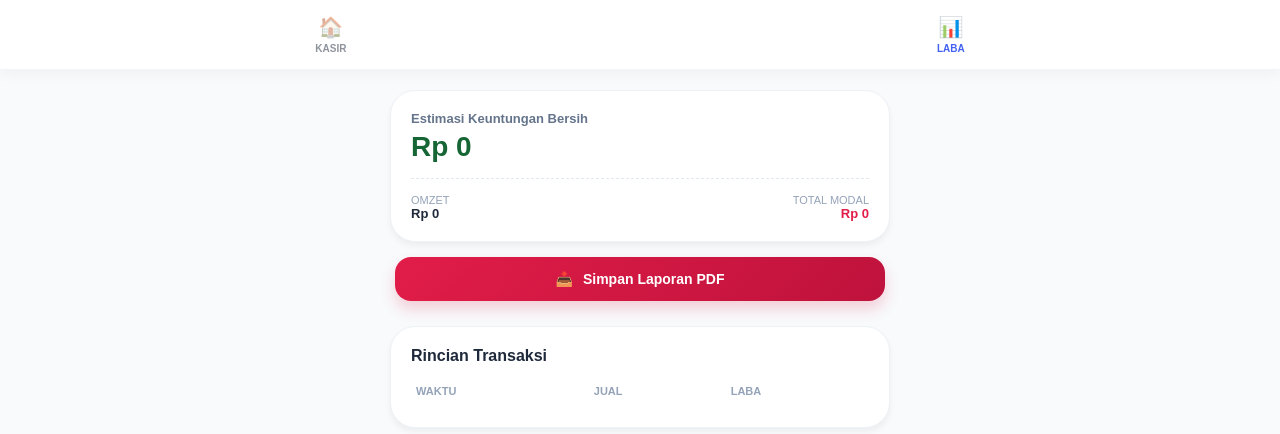
Repository: Tenno1208/bazar-app
Page: http://localhost/laporan-keuntungan
The author's editor kept a copy of each file at every save. The page is drawn from the files as they stood at one save, then again after the next save.
The browser window is 1280 px wide. The pictures show the whole page.
Some web fonts or font styles are not loaded; a fallback is used. The page is served by the project's Laravel application, run on PHP 8.4 with Laravel 12. Other server files are loaded and not shown. Queries for data that is not in the repository find no rows.

Above is the page before, as saved 2026-03-27 15:31:45.

### routes/web.php
<?php

use App\Http\Controllers\Api\TransaksiController;
use Illuminate\Support\Facades\Route;

Route::get('/', function () {
    return view('welcome');
});



Route::get('/transaksi', [TransaksiController::class,'index']);
Route::post('/transaksi', [TransaksiController::class,'store']);
Route::get('/laporan', [TransaksiController::class,'laporan']);

Route::get('/', [TransaksiController::class, 'index']);
Route::post('/tambah', [TransaksiController::class, 'store']);
Route::get('/stok', [TransaksiController::class, 'halamanStok']);
Route::post('/update-stok', [TransaksiController::class, 'updateStok']);
Route::get('/laporan-keuntungan', [TransaksiController::class, 'halamanLaporan']);
Route::get('/download-pdf', [TransaksiController::class, 'downloadPDF']);
Route::delete('/hapus/{id}', [TransaksiController::class, 'destroy']);

### app/Http/Controllers/Api/TransaksiController.php
<?php

namespace App\Http\Controllers\Api;

use App\Http\Controllers\Controller;
use App\Models\Transaksi;
use Barryvdh\DomPDF\Facade\Pdf;
use App\Models\Inventory;
use Illuminate\Http\Request;

class TransaksiController extends Controller
{
    public function index()
{
    $data = Transaksi::latest()->get();
    $total = Transaksi::sum('harga');
    $countQris = Transaksi::where('metode', 'qris')->count();
    $countCash = Transaksi::where('metode', 'cash')->count();


    $inventory = Inventory::firstOrCreate(['nama_produk' => 'Salad Buah']);
    $stok = $inventory->stok;

    return view('dashboard', compact('data', 'total', 'countQris', 'countCash', 'stok'));
}

    public function store(Request $request)
{
    $request->validate([
        'harga' => 'required|numeric',
        'modal' => 'required|numeric', // Tambahkan validasi modal
    ]);

    $inventory = Inventory::where('nama_produk', 'Salad Buah')->first();
    if ($inventory->stok <= 0) {
        return redirect('/')->with('error', 'Stok Habis!');
    }

    Transaksi::create([
        'produk' => $request->produk,
        'modal'  => $request->modal, // Ambil dari input modal
        'harga'  => $request->harga,
        'metode' => $request->metode,
    ]);

    $inventory->decrement('stok');

    if ($request->metode == 'qris') {
        return redirect('/')->with('show_qris', true)->with('harga', $request->harga);
    }

    return redirect('/');
}

    public function updateStok(Request $request)
{
    $inventory = Inventory::where('nama_produk', 'Salad Buah')->first();
    $inventory->update(['stok' => $request->stok]);
    return redirect('/');
}

    public function destroy($id)
    {
        Transaksi::destroy($id);
        return redirect('/')->with('success', 'Transaksi berhasil dihapus');
    }

    // Fungsi laporan tetap ada jika Anda ingin akses via API/JSON
    public function laporan()
    {
        return response()->json([
            'total' => Transaksi::sum('harga'),
            'jumlah_transaksi' => Transaksi::count(),
            'qris_count' => Transaksi::where('metode', 'qris')->count()
        ]);
    }

    public function halamanStok()
{
    $inventory = Inventory::firstOrCreate(['nama_produk' => 'Salad Buah']);
    $stok = $inventory->stok;
    return view('stok', compact('stok'));
}

    public function halamanLaporan()
{
    $data = Transaksi::latest()->get();
    $totalPendapatan = Transaksi::sum('harga');
    $totalModal = Transaksi::sum('modal');
    $totalLaba = $totalPendapatan - $totalModal;

    return view('laporan', compact('data', 'totalPendapatan', 'totalModal', 'totalLaba'));
}

public function downloadPDF()
{
    $data = Transaksi::orderBy('created_at', 'asc')->get();

    $pdf = Pdf::loadView('pdf_laporan', compact('data'));

    $namaFile = 'laporan-bazar-' . date('d-m-Y-His') . '.pdf';

    return $pdf->download($namaFile);
}
}

### app/Models/Transaksi.php
<?php

namespace App\Models;

use Illuminate\Database\Eloquent\Model;

class Transaksi extends Model
{
        protected $fillable = ['produk','harga','metode', 'modal'];
}

### resources/views/laporan.blade.php
<!DOCTYPE html>
<html lang="id">
<head>
    <meta charset="UTF-8">
    <meta name="viewport" content="width=device-width, initial-scale=1.0, maximum-scale=1.0, user-scalable=no">
    <title>Laporan Keuntungan - Bazar App</title>
    <link href="https://fonts.googleapis.com/css2?family=Plus+Jakarta+Sans:wght@400;600;800&display=swap" rel="stylesheet">
    <style>
        :root { --primary: #4361ee; --secondary: #3f37c9; --bg: #f8fafc; --text: #1e293b; }

        body {
            font-family: 'Plus Jakarta Sans', sans-serif;
            background: var(--bg);
            margin: 0;
            padding-bottom: 40px;
            color: var(--text);
        }

        /* Navigasi Sama dengan Dashboard */
        nav {
            background: white;
            padding: 15px 20px;
            display: flex;
            justify-content: space-around;
            align-items: center;
            box-shadow: 0 2px 15px rgba(0,0,0,0.05);
            position: sticky;
            top: 0;
            z-index: 1000;
            border-bottom: 1px solid #f1f5f9;
            margin-bottom: 20px;
        }

        .nav-link {
            text-decoration: none;
            display: flex;
            flex-direction: column;
            align-items: center;
            gap: 4px;
        }

        .container { max-width: 500px; margin: auto; padding: 0 20px; }

        .card {
            background: white;
            padding: 20px;
            border-radius: 25px;
            margin-bottom: 15px;
            box-shadow: 0 4px 6px rgba(0,0,0,0.05);
            border: 1px solid #edf2f7;
        }

        .laba-title { font-size: 13px; font-weight: 600; color: #64748b; margin-bottom: 5px; }
        .laba-amount { color: #166534; font-size: 28px; font-weight: 800; margin-bottom: 15px; }

        .summary-box {
            display: flex;
            justify-content: space-between;
            font-size: 13px;
            padding-top: 15px;
            border-top: 1px dashed #e2e8f0;
        }

        .btn-pdf {
    display: flex;
    align-items: center;
    justify-content: center;
    gap: 10px;
    background: linear-gradient(135deg, #e11d48, #be123c);
    color: white;
    border: none;
    padding: 14px 20px;
    border-radius: 16px;
    font-size: 14px;
    font-weight: 700;
    width: 100%;
    cursor: pointer;
    text-decoration: none;
    box-sizing: border-box; /* Penting: agar padding tidak bikin tombol lebar ke samping */
    margin: 10px 0 25px 0;
    box-shadow: 0 8px 15px rgba(225, 29, 72, 0.2);
    transition: 0.3s;
}

.btn-pdf:active {
    transform: scale(0.97);
    box-shadow: 0 4px 8px rgba(225, 29, 72, 0.1);
}

.btn-pdf i { font-size: 18px; }

        table { width: 100%; border-collapse: collapse; margin-top: 10px; }
        th { text-align: left; font-size: 11px; color: #94a3b8; text-transform: uppercase; padding: 10px 5px; }
        td { padding: 12px 5px; border-bottom: 1px solid #f1f5f9; font-size: 14px; }

        .txt-laba { color: #166534; font-weight: 700; }
        .txt-small { font-size: 11px; color: #94a3b8; display: block; }
    </style>
</head>
<body>

    <nav>
        <a href="/" class="nav-link" style="opacity: 0.5;">
            <span style="font-size: 20px;">🏠</span>
            <span style="font-size: 10px; font-weight: 700; color: var(--text);">KASIR</span>
        </a>
        <a href="/laporan-keuntungan" class="nav-link">
            <span style="font-size: 20px;">📊</span>
            <span style="font-size: 10px; font-weight: 800; color: var(--primary);">LABA</span>
        </a>
    </nav>

    <div class="container">

        <div class="card">
            <div class="laba-title">Estimasi Keuntungan Bersih</div>
            <div class="laba-amount">Rp {{ number_format($totalLaba, 0, ',', '.') }}</div>

            <div class="summary-box">
                <div>
                    <span class="txt-small">OMZET</span>
                    <span style="font-weight: 700;">Rp {{ number_format($totalPendapatan, 0, ',', '.') }}</span>
                </div>
                <div style="text-align: right;">
                    <span class="txt-small">TOTAL MODAL</span>
                    <span style="font-weight: 700; color: #e11d48;">Rp {{ number_format($totalModal, 0, ',', '.') }}</span>
                </div>
            </div>
        </div>

        <div style="padding: 0 5px;">
            <a href="/download-pdf" class="btn-pdf">
                <span>📥</span>
                <span>Simpan Laporan PDF</span>
            </a>
        </div>

        <div class="card">
            <h3 style="margin: 0 0 10px 0; font-size: 16px;">Rincian Transaksi</h3>
            <table>
                <thead>
                    <tr>
                        <th>Waktu</th>
                        <th>Jual</th>
                        <th>Laba</th>
                    </tr>
                </thead>
                <tbody>
                    @foreach($data as $d)
                    <tr>
                        <td>
                            <span style="font-weight: 600;">{{ $d->created_at->format('H:i') }}</span>
                            <span class="txt-small">{{ strtoupper($d->metode) }}</span>
                        </td>
                        <td>Rp {{ number_format($d->harga, 0, ',', '.') }}</td>
                        <td class="txt-laba">+{{ number_format($d->harga - $d->modal, 0, ',', '.') }}</td>
                    </tr>
                    @endforeach
                </tbody>
            </table>
        </div>

    </div>

</body>
</html>

Loaded but not shown: app/Http/Controllers/Controller.php (common file)

After the next save:
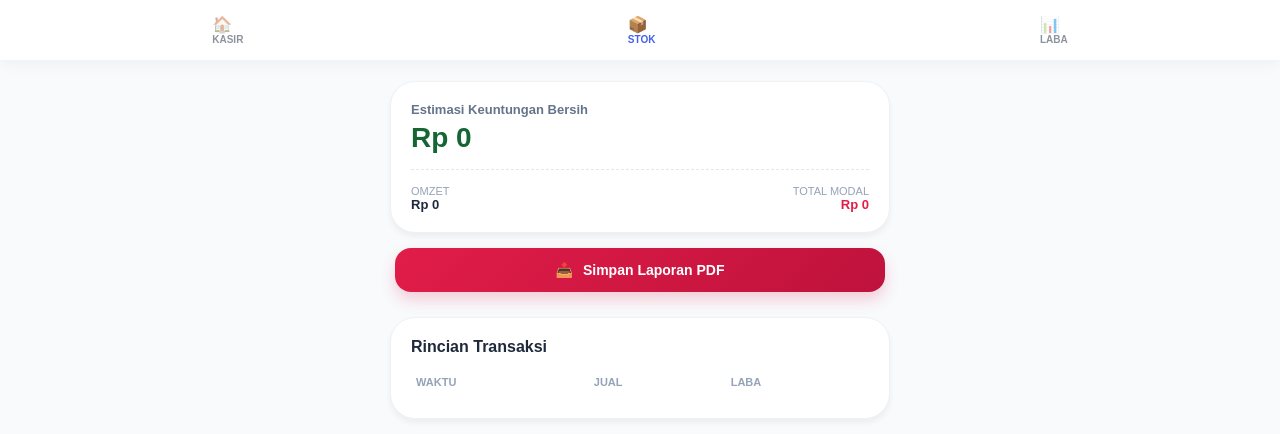
Saved 85 s later.
--- a/resources/views/laporan.blade.php
+++ b/resources/views/laporan.blade.php
@@ -100,14 +100,9 @@
 <body>
 
     <nav>
-        <a href="/" class="nav-link" style="opacity: 0.5;">
-            <span style="font-size: 20px;">🏠</span>
-            <span style="font-size: 10px; font-weight: 700; color: var(--text);">KASIR</span>
-        </a>
-        <a href="/laporan-keuntungan" class="nav-link">
-            <span style="font-size: 20px;">📊</span>
-            <span style="font-size: 10px; font-weight: 800; color: var(--primary);">LABA</span>
-        </a>
+        <a href="/" style="text-decoration: none; opacity: 0.5;">🏠 <span style="font-size: 10px; font-weight: 800; display: block; color: var(--text);">KASIR</span></a>
+        <a href="/stok" style="text-decoration: none;">📦 <span style="font-size: 10px; font-weight: 800; display: block; color: var(--primary);">STOK</span></a>
+        <a href="/laporan-keuntungan" style="text-decoration: none; opacity: 0.5;">📊 <span style="font-size: 10px; font-weight: 800; display: block; color: var(--text);">LABA</span></a>
     </nav>
 
     <div class="container">

After the save that followed:
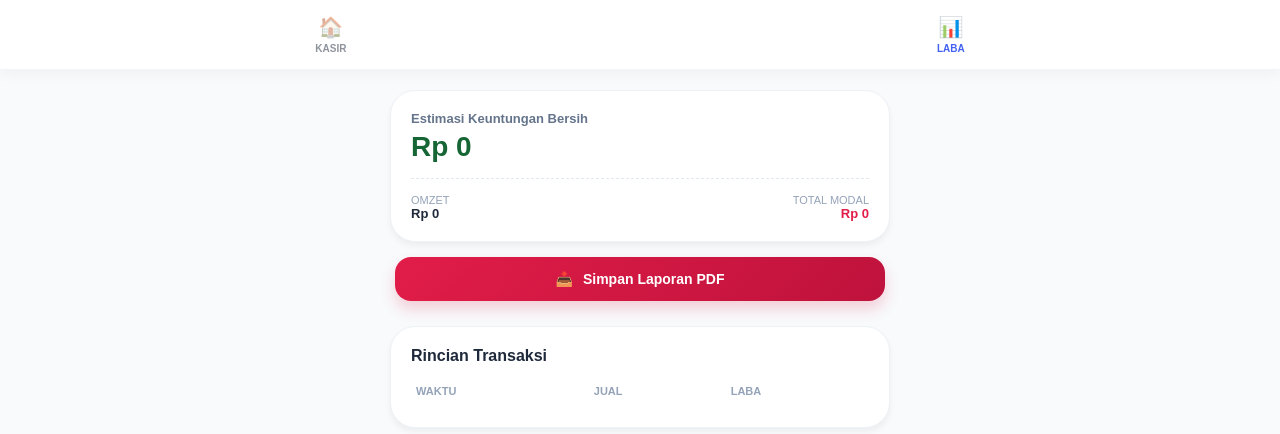
Saved 11 s later.
--- a/resources/views/laporan.blade.php
+++ b/resources/views/laporan.blade.php
@@ -100,9 +100,14 @@
 <body>
 
     <nav>
-        <a href="/" style="text-decoration: none; opacity: 0.5;">🏠 <span style="font-size: 10px; font-weight: 800; display: block; color: var(--text);">KASIR</span></a>
-        <a href="/stok" style="text-decoration: none;">📦 <span style="font-size: 10px; font-weight: 800; display: block; color: var(--primary);">STOK</span></a>
-        <a href="/laporan-keuntungan" style="text-decoration: none; opacity: 0.5;">📊 <span style="font-size: 10px; font-weight: 800; display: block; color: var(--text);">LABA</span></a>
+        <a href="/" class="nav-link" style="opacity: 0.5;">
+            <span style="font-size: 20px;">🏠</span>
+            <span style="font-size: 10px; font-weight: 700; color: var(--text);">KASIR</span>
+        </a>
+        <a href="/laporan-keuntungan" class="nav-link">
+            <span style="font-size: 20px;">📊</span>
+            <span style="font-size: 10px; font-weight: 800; color: var(--primary);">LABA</span>
+        </a>
     </nav>
 
     <div class="container">
